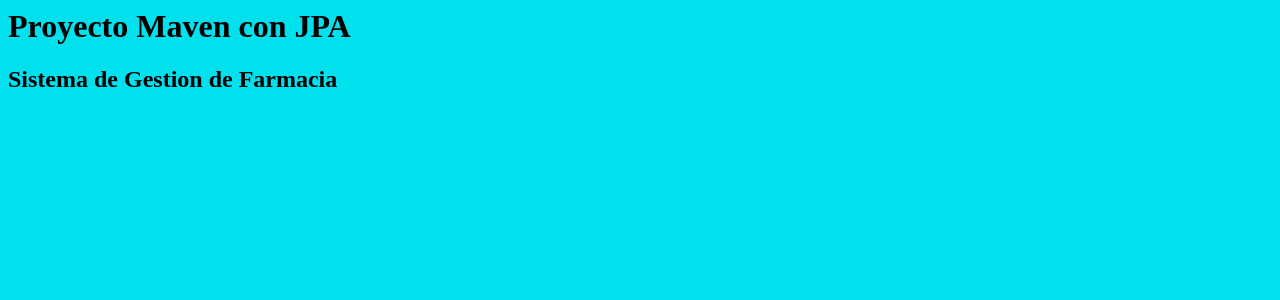
Repository: EDY-H-bot/EDY-H-bot
Page: http://localhost/ProyectoJPAMavenMarNoche/
These files come from the project's save history. The page is drawn as it stood at one moment and after the next save; the edit follows.
The browser window is 1280 px wide. The pictures show the whole page.
The page is served by Tomcat 9. Other server files are loaded and not shown.

Above is the page before, as saved 2024-09-25 01:54:48.

### ProyectoJPAMavenMarNoche/src/main/webapp/index.jsp
<html>
<body bgcolor="phosphorescent red color">
<h1>Proyecto Maven con JPA</h1>
<h2>Sistema de Gestion de Farmacia</h2>
</body>
</html>

After the next save:
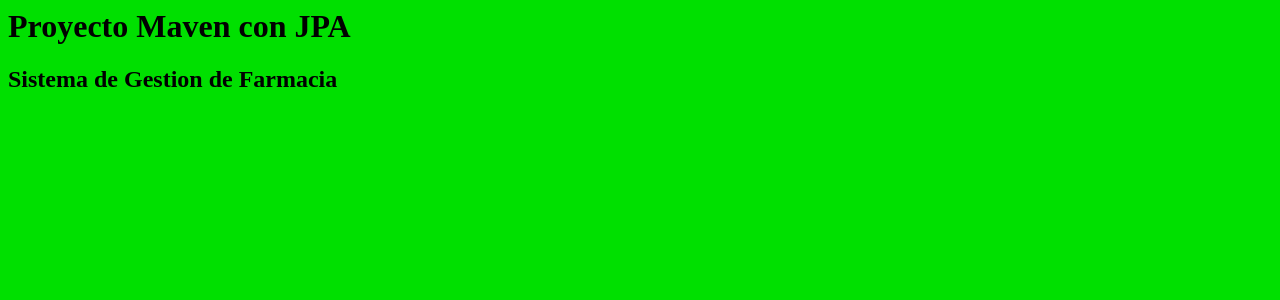
Saved 31 s later.
--- a/ProyectoJPAMavenMarNoche/src/main/webapp/index.jsp
+++ b/ProyectoJPAMavenMarNoche/src/main/webapp/index.jsp
@@ -1,5 +1,5 @@
 <html>
-<body bgcolor="phosphorescent red color">
+<body bgcolor="phosphorescent red">
 <h1>Proyecto Maven con JPA</h1>
 <h2>Sistema de Gestion de Farmacia</h2>
 </body>
